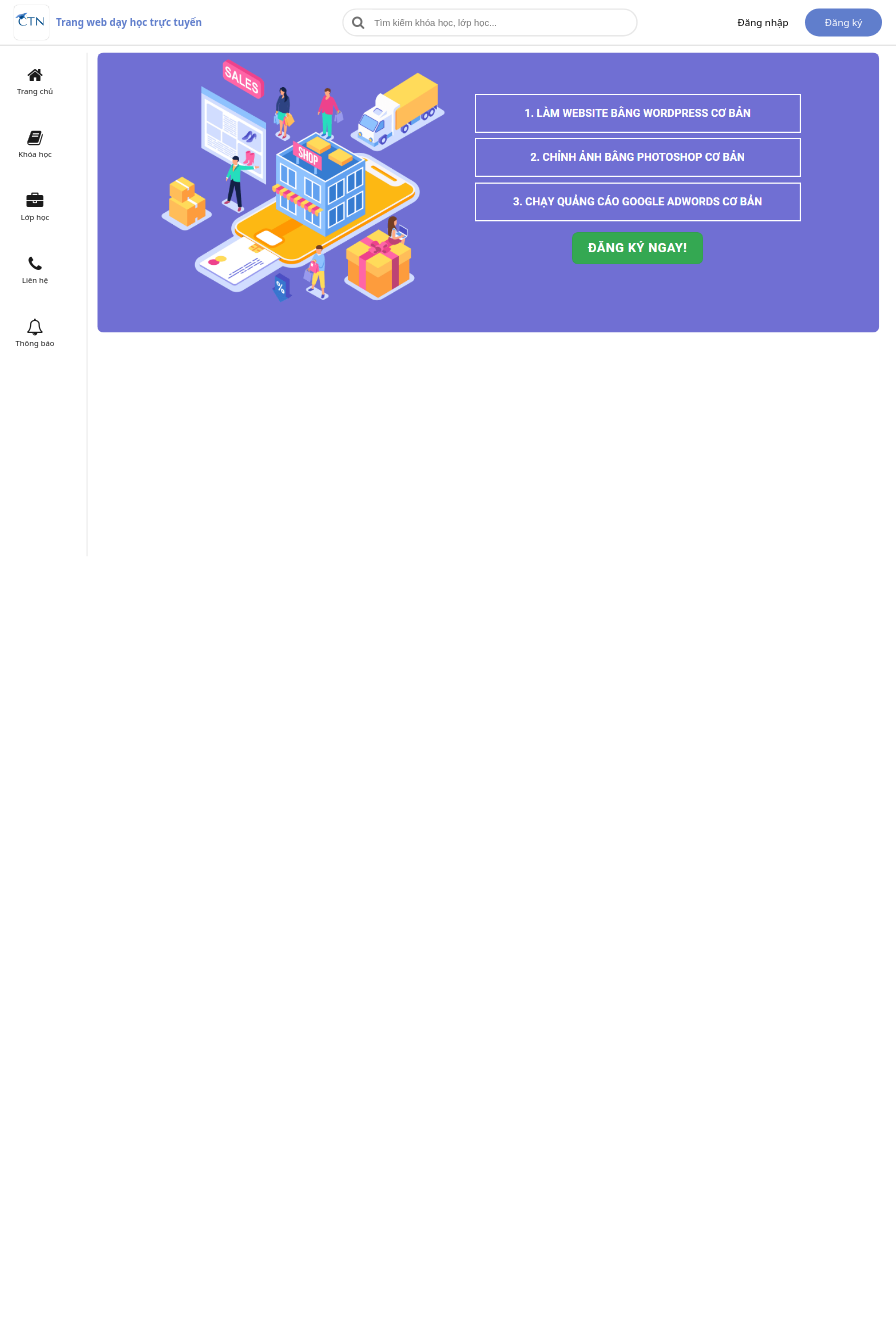
Repository: Nieday306/shophoaqua
Page: index.html
An editor plug-in stored every save of this project. The page is shown before and after the next save, followed by the edit.
The browser window is 1280 px wide. The pictures show the part of the page from y = 0 to 1920 px (the page is 5575 px tall before and 5585 px after), at 70% of full size.

Above is the page before, as saved 2024-04-07 16:02:57.

### index.html
<!DOCTYPE html>
<html lang="en">
  <head>
    <meta charset="UTF-8" />
    <meta name="viewport" content="width=device-width, initial-scale=1.0" />
    <!-- reset css -->
    <link rel="stylesheet" href="./assets/css/reset.css" />
    <!-- style css -->
    <link rel="stylesheet" href="./assets/css/style.css" />
    <!-- font  -->
    <link rel="stylesheet" href="./assets/font/stylesheet.css" />
    <title>CTN - Ứng dụng học lập trình trực tuyến</title>
    <!-- favicon -->
    <link
      rel="apple-touch-icon"
      sizes="57x57"
      href="./assets/Favicon/apple-icon-57x57.png"
    />
    <link
      rel="apple-touch-icon"
      sizes="60x60"
      href="./assets/Favicon/apple-icon-60x60.png"
    />
    <link
      rel="apple-touch-icon"
      sizes="72x72"
      href="./assets/Favicon/apple-icon-72x72.png"
    />
    <link
      rel="apple-touch-icon"
      sizes="76x76"
      href="./assets/Favicon/apple-icon-76x76.png"
    />
    <link
      rel="apple-touch-icon"
      sizes="114x114"
      href="./assets/Favicon/apple-icon-114x114.png"
    />
    <link
      rel="apple-touch-icon"
      sizes="120x120"
      href="./assets/Favicon/apple-icon-120x120.png"
    />
    <link
      rel="apple-touch-icon"
      sizes="144x144"
      href="./assets/Favicon/apple-icon-144x144.png"
    />
    <link
      rel="apple-touch-icon"
      sizes="152x152"
      href="./assets/Favicon/apple-icon-152x152.png"
    />
    <link
      rel="apple-touch-icon"
      sizes="180x180"
      href="./assets/Favicon/apple-icon-180x180.png"
    />
    <link
      rel="icon"
      type="image/png"
      sizes="192x192"
      href="./assets/Favicon/android-icon-192x192.png"
    />
    <link
      rel="icon"
      type="image/png"
      sizes="32x32"
      href="./assets/Favicon/favicon-32x32.png"
    />
    <link
      rel="icon"
      type="image/png"
      sizes="96x96"
      href="./assets/Favicon/favicon-96x96.png"
    />
    <link
      rel="icon"
      type="image/png"
      sizes="16x16"
      href="./assets/Favicon/favicon-16x16.png"
    />
    <link rel="manifest" href="./assets/Favicon/manifest.json" />
    <meta name="msapplication-TileColor" content="#ffffff" />
    <meta
      name="msapplication-TileImage"
      content="./assets/Favicon/ms-icon-144x144.png"
    />
    <meta name="theme-color" content="#ffffff" />
    <link
      rel="stylesheet"
      href="https://cdnjs.cloudflare.com/ajax/libs/font-awesome/4.7.0/css/font-awesome.min.css"
    />
  </head>
  <body>
    <!-- header -->
    <header>
      <div class="header">
        <div class="header-top">
          <div class="logo">
            <img class="logo-img" src="./assets/img/logo.png" alt="CTN" />
            <span class="logo-desc">Trang web dạy học trực tuyến</span>
          </div>
          <form action="" class="search" method="post">
            <input
              class="search__txt"
              type="search"
              name="search"
              id="search"
              placeholder="Tìm kiếm khóa học, lớp học..."
            />
            <button class="search__submit" type="submit">
              <i class="fa fa-search" style="font-size: 19px"></i>
            </button>
          </form>
          <div class="header__log">
            <a href="./login.html" class="btn header__login">Đăng nhập</a>
            <a href="#!" class="btn header__register">Đăng ký</a>
          </div>
        </div>
      </div>
    </header>
    <!-- main -->
    <main>
      <div class="sidebar">
        <ul class="sidebar__menu">
          <li class="sidebar__item">
            <a href="#!" class="sidebar__desc"
              ><i class="fa fa-home" style="font-size: 24px"></i
              ><span>Trang chủ</span></a
            >
          </li>
          <li class="sidebar__item">
            <a href="#!" class="sidebar__desc"
              ><i class="fa fa-book" style="font-size: 24px"></i
              ><span>Khóa học</span></a
            >
          </li>
          <li class="sidebar__item">
            <a href="#!" class="sidebar__desc"
              ><i class="fa fa-briefcase" style="font-size: 24px"></i
              ><span>Lớp học</span></a
            >
          </li>
          <li class="sidebar__item">
            <a href="#!" class="sidebar__desc"
              ><i class="fa fa-phone" style="font-size: 24px"></i
              ><span>Liên hệ</span></a
            >
          </li>
          <li class="sidebar__item">
            <a href="#!" class="sidebar__desc"
              ><i class="fa fa-bell-o" style="font-size: 24px"></i
              ><span>Thông báo</span></a
            >
          </li>
        </ul>
        <div class="sidebar__content">
          <!-- banner -->
          <div class="content__banner">
            <div class="container">
              <div class="banner">
                <img
                  src="./assets/img/banner-content.png"
                  alt="banner"
                  class="banner-img"
                />
              </div>
            </div>
          </div>
        </div>
      </div>
    </main>
    <!-- footer -->
    <footer></footer>
  </body>
</html>

### assets/css/style.css
:root {
  --primary-color: #607ecc;
  --font-secondary: system-ui, -apple-system, BlinkMacSystemFont, "Segoe UI",
    Roboto, Oxygen, Ubuntu, Cantarell, "Open Sans", "Helvetica Neue", sans-serif;
}
* {
  box-sizing: border-box;
}

html,
body {
  scroll-behavior: smooth;
}

html {
  font-size: 62.5%;
}

body {
  font-size: 1.6rem;
  font-family: "Poppins", sans-serif;
  margin: 0px auto;
}

/*================== common =========================*/

a {
  text-decoration: none;
}

.btn {
  display: inline-block;
  color: #fff;
  font-size: 1.4rem;
  font-family: var(--font-secondary);
  font-weight: 500;
  background-color: var(--primary-color);
  height: 40px;
  padding: 0 8px;
  border: 1px solid --primary-color;
  border-radius: 999px;
  text-align: center;
  min-width: 110px;
  line-height: 40px;
}

.btn:hover {
  opacity: 0.9;
}

.container {
  width: 1117px;
  margin: 0px auto;
}

/* =======================header==================== */

header {
  position: sticky;
  height: 65px;
  left: 0;
  top: 0;
  z-index: 20;
}

.header-top {
  height: 65px;
  background-color: #fff;
  display: flex;
  align-items: center;
  /* justify-content: space-between; */
  border-bottom: 1px solid #ccc;
}

.logo {
  display: flex;
  align-items: center;
  gap: 0 10px;
  margin-left: 20px;
}

.logo-img {
  width: 50px;
  height: 50px;
  object-fit: cover;
  border-radius: 7px;
  box-shadow: 0px 0px 1px rgb(3, 3, 3, 0.5);
}

.logo-desc {
  font-family: var(--font-secondary);
  font-size: 1.4rem;
  color: var(--primary-color);
  font-weight: 700;
}

.search {
  margin-left: 200px;
  height: 40px;
  width: 422px;
  border: 2px solid #e8e8e8;
  border-radius: 20px;
  transition: border 0.5s ease;
  display: flex;
  align-items: center;
  justify-content: space-between;
  flex-direction: row-reverse;
}

.search:focus-within {
  border-color: #777;
}

.search__submit {
  width: 10%;
  height: 100%;
  border-radius: 20px 0 0 20px;
  color: #707070;
  border: none;
  outline: none;
  background-color: #fff;
  cursor: pointer;
}

.fa-search {
  color: inherit;
}

.search__txt {
  height: 100%;
  background-color: transparent;
  width: 90%;
  outline: none;
  border-radius: 0 20px 20px 0;
  border: none;
}

.search__txt:not(:placeholder-shown) ~ .search__submit {
  color: #444;
  cursor: pointer;
}

.search__txt:placeholder-shown ~ .search__submit {
  cursor: not-allowed;
}

.header__log {
  margin-left: auto;
  display: flex;
  align-items: center;
  gap: 5px;
}

.header__login {
  background-color: #fff;
  color: #000;
}

.header__register {
  margin-right: 20px;
}
/* =======================main========================= */

.sidebar {
  margin-top: 10px;
  display: flex;
  min-width: 100vh;
}

.sidebar__menu {
  height: 100%;

  position: fixed;
  width: 9%;
  margin-left: 10px;
  display: flex;
  flex-direction: column;
  gap: 10px;
  border-right: 1px solid #ccc;
}

.sidebar__item {
}

.sidebar__desc {
  display: inline-flex;
  flex-direction: column;
  align-items: center;
  justify-content: center;
  gap: 5px;
  height: 80px;
  width: 80px;
  font-weight: 500;
  font-size: 1.1rem;
  font-family: var(--font-secondary);
  color: #1a1a1a;
  padding: 10px;
  border-radius: 9px;
}
.sidebar__desc:hover {
  background-color: #e8ebed;
}

.sidebar__content {
  margin-left: 9%;
  width: 91%;
  height: 5000px;
}

.banner-img {
  width: 1117px;
  height: 400px;
  object-fit: cover;
  border-radius: 9px;
}

/* footer */
footer {
  height: 500px;
  background-color: #000;
  margin-left: 9%;
}

### assets/font/stylesheet.css
@font-face {
    font-family: 'Poppins';
    src: url('Poppins-Black.woff2') format('woff2'),
        url('Poppins-Black.woff') format('woff');
    font-weight: 900;
    font-style: normal;
    font-display: swap;
}

@font-face {
    font-family: 'Poppins';
    src: url('Poppins-Bold.woff2') format('woff2'),
        url('Poppins-Bold.woff') format('woff');
    font-weight: bold;
    font-style: normal;
    font-display: swap;
}

@font-face {
    font-family: 'Poppins';
    src: url('Poppins-BlackItalic.woff2') format('woff2'),
        url('Poppins-BlackItalic.woff') format('woff');
    font-weight: 900;
    font-style: italic;
    font-display: swap;
}

@font-face {
    font-family: 'Poppins';
    src: url('Poppins-BoldItalic.woff2') format('woff2'),
        url('Poppins-BoldItalic.woff') format('woff');
    font-weight: bold;
    font-style: italic;
    font-display: swap;
}

@font-face {
    font-family: 'Poppins';
    src: url('Poppins-ExtraLightItalic.woff2') format('woff2'),
        url('Poppins-ExtraLightItalic.woff') format('woff');
    font-weight: 200;
    font-style: italic;
    font-display: swap;
}

@font-face {
    font-family: 'Poppins';
    src: url('Poppins-ExtraBoldItalic.woff2') format('woff2'),
        url('Poppins-ExtraBoldItalic.woff') format('woff');
    font-weight: bold;
    font-style: italic;
    font-display: swap;
}

@font-face {
    font-family: 'Poppins';
    src: url('Poppins-ExtraBold.woff2') format('woff2'),
        url('Poppins-ExtraBold.woff') format('woff');
    font-weight: bold;
    font-style: normal;
    font-display: swap;
}

@font-face {
    font-family: 'Poppins';
    src: url('Poppins-Italic.woff2') format('woff2'),
        url('Poppins-Italic.woff') format('woff');
    font-weight: normal;
    font-style: italic;
    font-display: swap;
}

@font-face {
    font-family: 'Poppins';
    src: url('Poppins-ExtraLight.woff2') format('woff2'),
        url('Poppins-ExtraLight.woff') format('woff');
    font-weight: 200;
    font-style: normal;
    font-display: swap;
}

@font-face {
    font-family: 'Poppins';
    src: url('Poppins-Regular.woff2') format('woff2'),
        url('Poppins-Regular.woff') format('woff');
    font-weight: normal;
    font-style: normal;
    font-display: swap;
}

@font-face {
    font-family: 'Poppins';
    src: url('Poppins-LightItalic.woff2') format('woff2'),
        url('Poppins-LightItalic.woff') format('woff');
    font-weight: 300;
    font-style: italic;
    font-display: swap;
}

@font-face {
    font-family: 'Poppins';
    src: url('Poppins-SemiBold.woff2') format('woff2'),
        url('Poppins-SemiBold.woff') format('woff');
    font-weight: 600;
    font-style: normal;
    font-display: swap;
}

@font-face {
    font-family: 'Poppins';
    src: url('Poppins-Light.woff2') format('woff2'),
        url('Poppins-Light.woff') format('woff');
    font-weight: 300;
    font-style: normal;
    font-display: swap;
}

@font-face {
    font-family: 'Poppins';
    src: url('Poppins-Medium.woff2') format('woff2'),
        url('Poppins-Medium.woff') format('woff');
    font-weight: 500;
    font-style: normal;
    font-display: swap;
}

@font-face {
    font-family: 'Poppins';
    src: url('Poppins-MediumItalic.woff2') format('woff2'),
        url('Poppins-MediumItalic.woff') format('woff');
    font-weight: 500;
    font-style: italic;
    font-display: swap;
}

@font-face {
    font-family: 'Poppins';
    src: url('Poppins-Thin.woff2') format('woff2'),
        url('Poppins-Thin.woff') format('woff');
    font-weight: 100;
    font-style: normal;
    font-display: swap;
}

@font-face {
    font-family: 'Poppins';
    src: url('Poppins-ThinItalic.woff2') format('woff2'),
        url('Poppins-ThinItalic.woff') format('woff');
    font-weight: 100;
    font-style: italic;
    font-display: swap;
}

@font-face {
    font-family: 'Poppins';
    src: url('Poppins-SemiBoldItalic.woff2') format('woff2'),
        url('Poppins-SemiBoldItalic.woff') format('woff');
    font-weight: 600;
    font-style: italic;
    font-display: swap;
}

Loaded but not shown: assets/css/reset.css (common file)

After the next save:
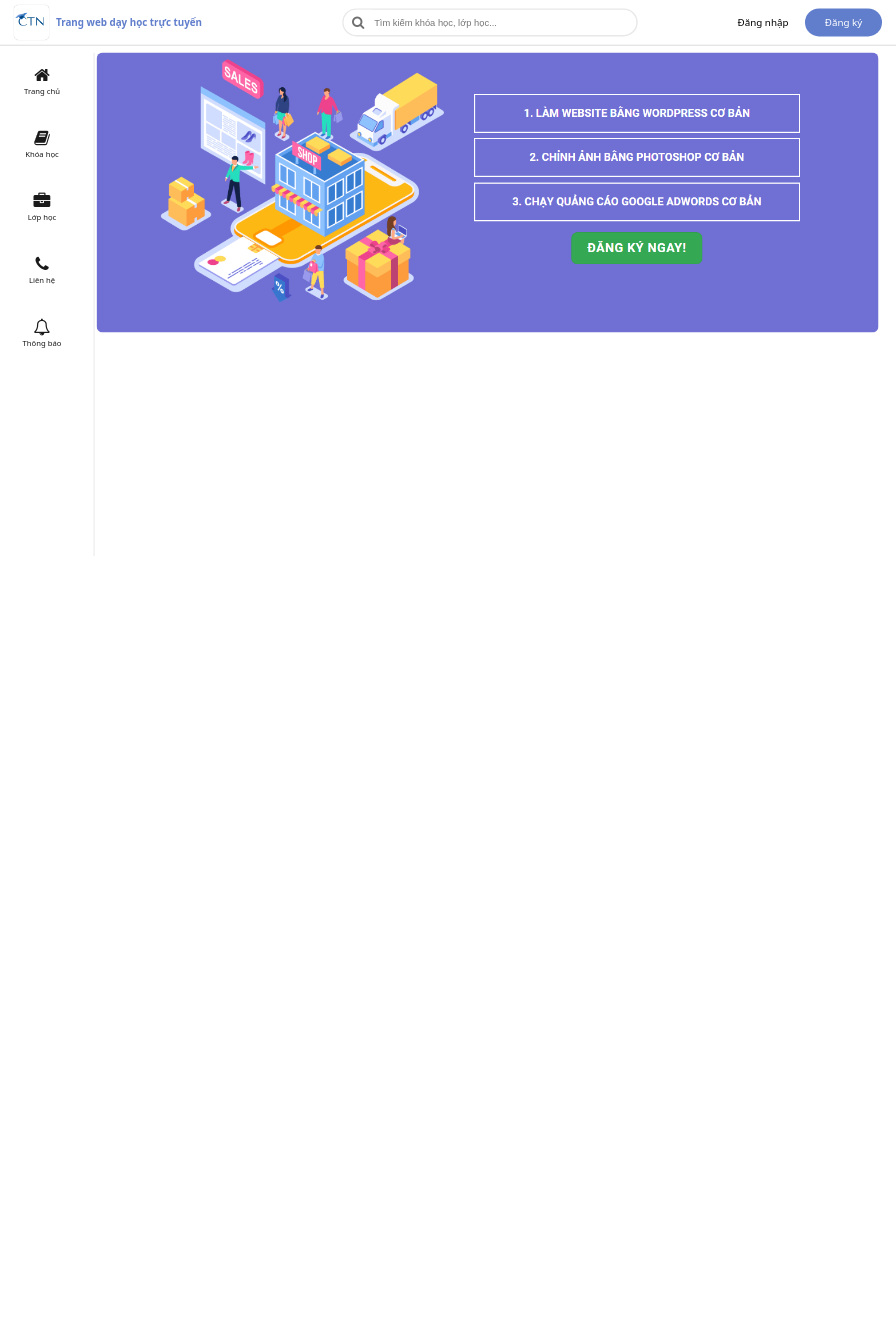
Saved 31 s later.
--- a/assets/css/style.css
+++ b/assets/css/style.css
@@ -162,7 +162,7 @@
 /* =======================main========================= */
 
 .sidebar {
-  margin-top: 10px;
+  padding: 10px;
   display: flex;
   min-width: 100vh;
 }

After the save that followed:
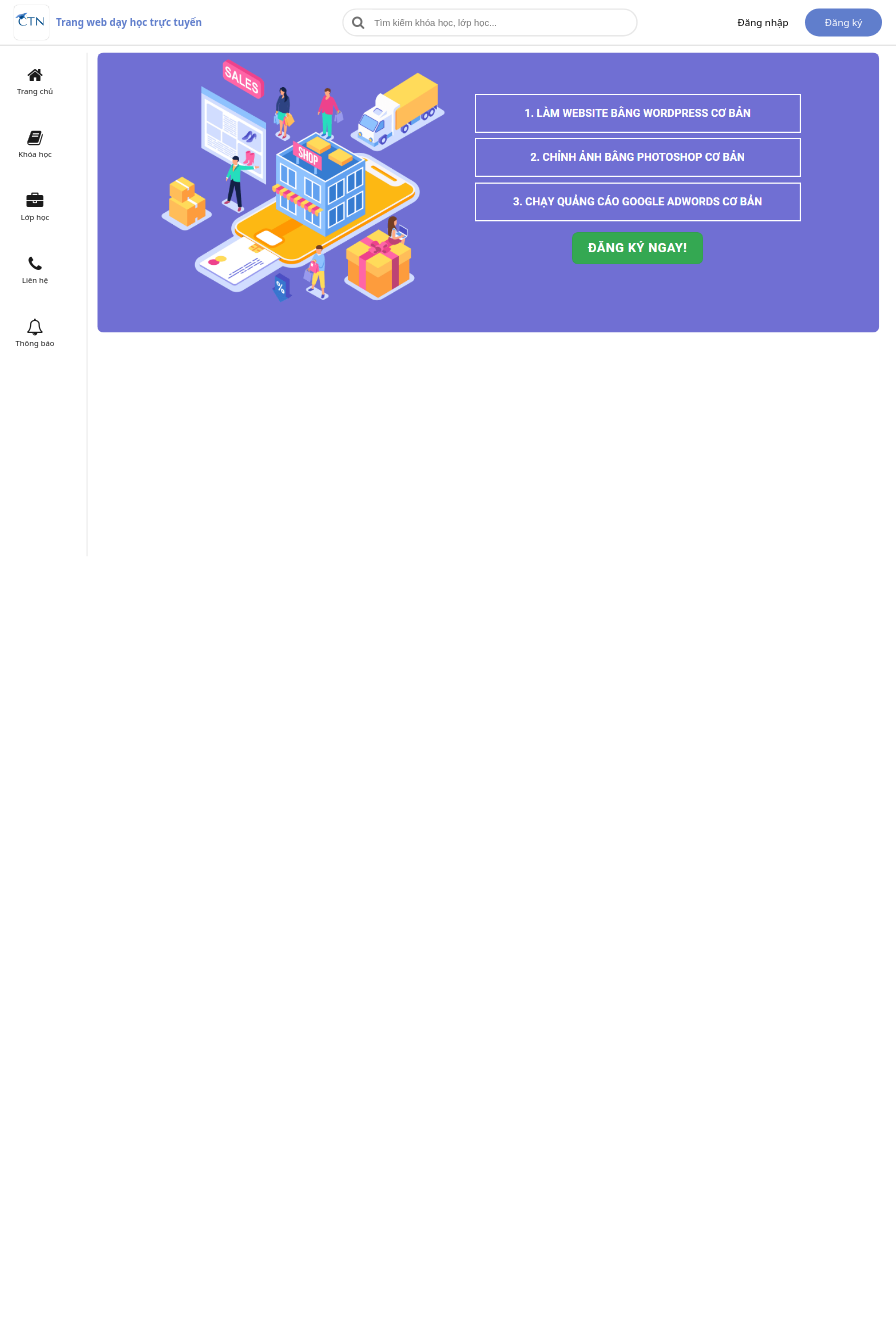
Saved 12 s later.
--- a/assets/css/style.css
+++ b/assets/css/style.css
@@ -162,7 +162,7 @@
 /* =======================main========================= */
 
 .sidebar {
-  padding: 10px;
+  padding-top: 10px;
   display: flex;
   min-width: 100vh;
 }
